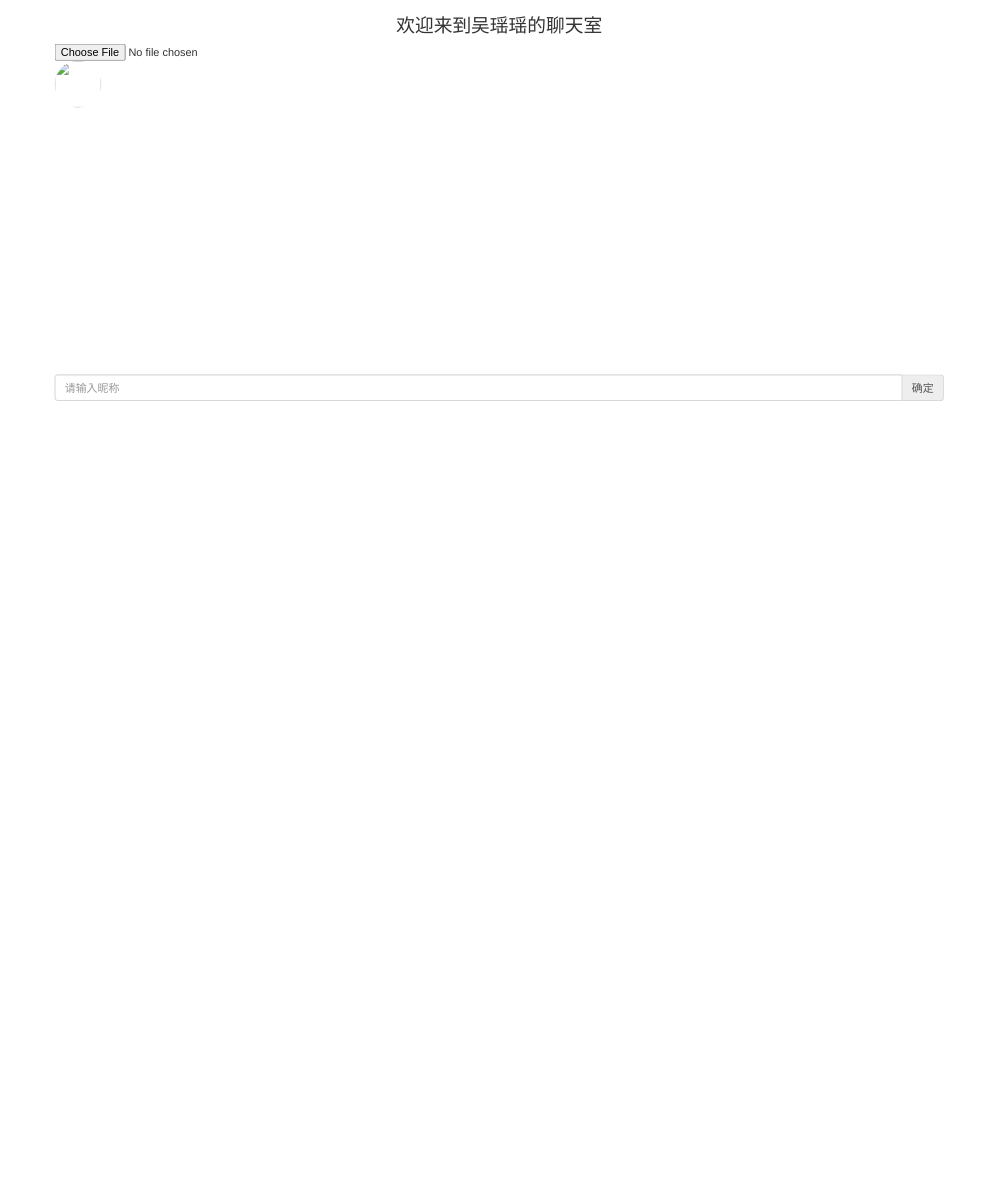
Repository: wyy511/node-socket.io
Page: client.html
These files come from the project's save history. The page is drawn as it stood at one moment and after the next save; the edit follows.
The browser window is 1280 px wide. The pictures show the whole page, at 78% of full size.
The page's requests for data from a server got no answer. Some web libraries are served in a nearby version.

Above is the page before, as saved 2019-11-21 15:36:48.
Console error (its wording comes from the project's code and is left out).

### client.html
<!DOCTYPE html>
<html lang="en">
<head>
  <meta charset="UTF-8">
  <meta name="viewport" content="width=device-width, initial-scale=1.0">
  <meta http-equiv="X-UA-Compatible" content="ie=edge">
  <title>吴瑶瑶的聊天室</title>
  <style>
    *{
      margin: 0;
      padding: 0;
    }
    .container {
      width: 100%;
      height: 100%;
      overflow: hidden;
    }
    .title {
      text-align: center;
    }
    .login-input {
      margin-top: 30%;
    }
    .avatar {
      width: 60px;
      height: 60px;
      border-radius: 50%;
    }
    #msgBox {
      display: none;
    }
    #content {
      height: -webkit-calc(100vh - 150px);
      height: -moz-calc(100vh - 150px);
      height: -ms-calc(100vh - 150px);
      height: -o-calc(100vh - 150px);
      height: calc(100vh - 100px);
    }
    .content-title {
      text-align: center;
    }
    .content-left {
      text-align: left;
    }
    .content-right {
      text-align: right;
    }
    footer {
      position: absolute;
      left: 0;
      right: 0;
      bottom: 0;
    }
  </style>
  <!-- 最新版本的 Bootstrap 核心 CSS 文件 -->
<link rel="stylesheet" href="https://cdn.jsdelivr.net/npm/bootstrap@3.3.7/dist/css/bootstrap.min.css" integrity="sha384-BVYiiSIFeK1dGmJRAkycuHAHRg32OmUcww7on3RYdg4Va+PmSTsz/K68vbdEjh4u" crossorigin="anonymous">
<!-- 最新的 Bootstrap 核心 JavaScript 文件 -->
<script src="https://cdn.jsdelivr.net/npm/bootstrap@3.3.7/dist/js/bootstrap.min.js" integrity="sha384-Tc5IQib027qvyjSMfHjOMaLkfuWVxZxUPnCJA7l2mCWNIpG9mGCD8wGNIcPD7Txa" crossorigin="anonymous"></script>
</head>
<body>
  <div class="container">
    <header>
      <h3 class="title">欢迎来到吴瑶瑶的聊天室</h3>
    </header>
    <div id="nameBox">
      <div class="login-avatar">
        <input accept="image/png,image/gif,image/jpeg" type="file" onchange='uploadImage(this)'/>
        <img src="" id="upload-avatar" class="avatar" />
      </div>
      <div class="input-group login-input">
        <input id="name" class="form-control" type="text" placeholder="请输入昵称" />
        <span id="nameBtn" class="input-group-addon">确定</span>
      </div>
      <div id="imgPreview" style='width: 500px; height: 400px;'>
      </div>
    </div>
    <div id="content"></div>
    <footer>
      <div id="msgBox">
        <div class="input-group">
          <input id="msg" class="form-control" type="text" onkeydown="enterChart(event)" placeholder="请输入内容" />
          <span id="msgBtn" class="input-group-addon" onclick="sendChart()">发送</span>
        </div>
      </div>
    </footer>
  </div>
  <script type="text/javascript" src="https://cdn.bootcss.com/socket.io/2.3.0/socket.io.js"></script>
  <script type="text/javascript">
    var socket = io.connect('ws://172.19.162.86:3000');
    var name = '';
    var userId = '';
    var avatar = '';
    const msgBtn = document.getElementById('msgBtn');
    const msgEl = document.getElementById('msg');
    const nameBtn = document.getElementById('nameBtn');
    const nameEl = document.getElementById('name');
    const msgBox = document.getElementById('msgBox');
    const nameBox = document.getElementById('nameBox');
    const content = document.getElementById('content');
    nameBtn.onclick = () => {
      const val = nameEl.value;
      if (!val) return;
      name = val;
      userId = val;
      socket.emit('changeName', {name, avatar});
      nameEl.value = '';
      nameBox.style.display = 'none';
      msgBox.style.display = 'block';
    }
    // 如果客户端监听到socket消息，那么执行这个方法里的回调，且得到广播的消息
    socket.on("changeName", data => {
      var p = document.createElement("p");
      p.className = "content-title";
      p.innerText = data.msg;
      content.appendChild(p);
    })
    // 上传图片部分
    function uploadImage(img) {
      // 生成一个文件读取的对象
      const reader = new FileReader();
      reader.onload = function (ev) {
          // base64码
          const { result } = ev.target;//或e.target都是一样的
          avatar = result;
          document.getElementById("upload-avatar").src = result;
      }
      //发起异步读取文件请求，读取结果为data:url的字符串形式，
      reader.readAsDataURL(img.files[0]);
    }
    function enterChart (e) {
      if (e.keyCode === 13) {
        sendChart();
      }
    }
    function sendChart () {
      const val = msgEl.value;
      if (!val) return;
      msgEl.value = '';
      socket.emit('chat', {
        userId,
        name,
        msg: val
      });
    }
    // 如果客户端监听到socket消息，那么执行这个方法里的回调，且得到广播的消息
    socket.on("chat", (data) => {
      var p = document.createElement("p");
      p.innerText = data.msg;
      console.log(data.userId, userId)
      if (data.userId === userId) {
        p.className = "content-right";
      } else {
        p.className = "content-left";
      }
      content.appendChild(p);
    })
  </script>
</body>
</html>

After the next save:
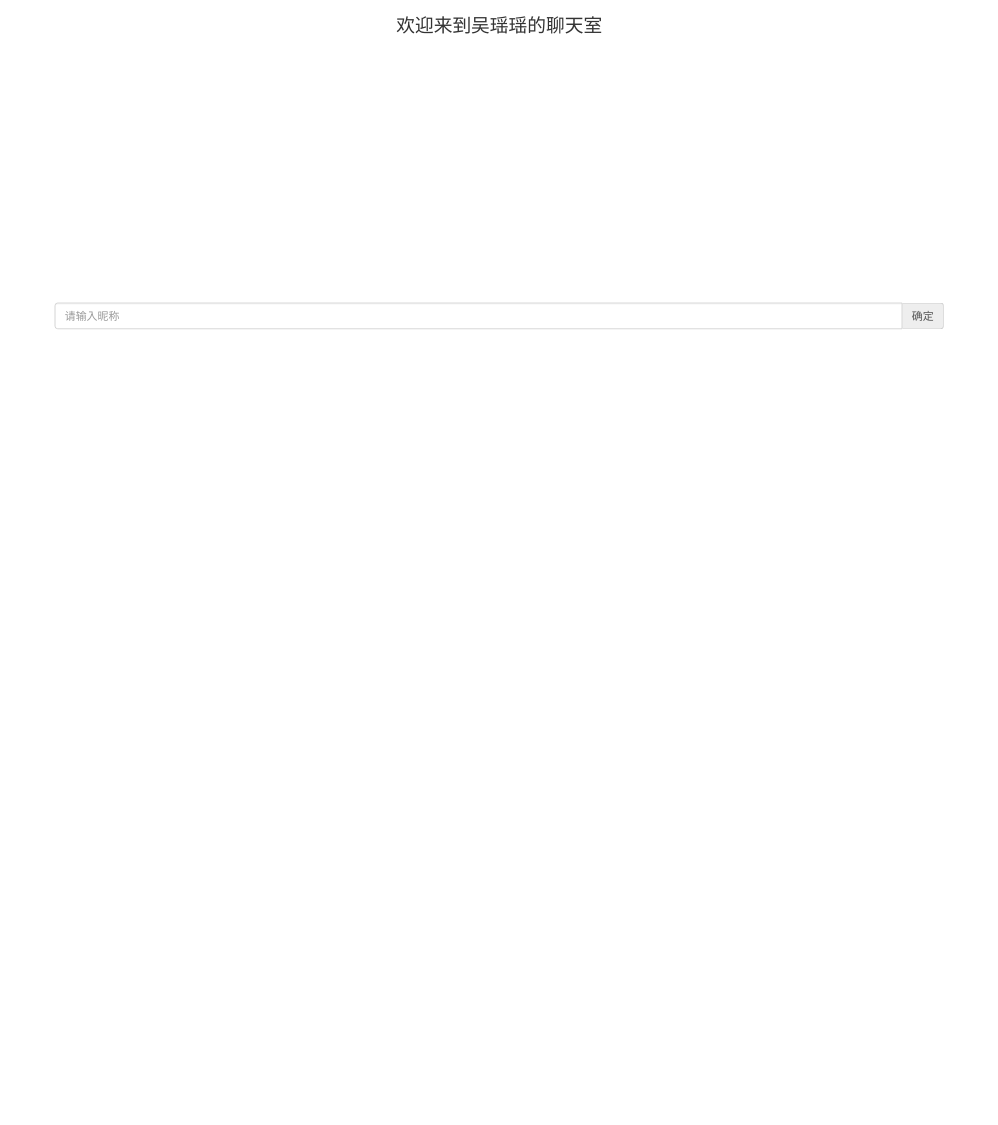
Saved 4 min 35 s later.
--- a/client.html
+++ b/client.html
@@ -27,6 +27,9 @@
       border-radius: 50%;
     }
     #msgBox {
+      display: none;
+    }
+    #userInfoBox {
       display: none;
     }
     #content {
@@ -63,15 +66,18 @@
       <h3 class="title">欢迎来到吴瑶瑶的聊天室</h3>
     </header>
     <div id="nameBox">
-      <div class="login-avatar">
-        <input accept="image/png,image/gif,image/jpeg" type="file" onchange='uploadImage(this)'/>
-        <img src="" id="upload-avatar" class="avatar" />
-      </div>
       <div class="input-group login-input">
         <input id="name" class="form-control" type="text" placeholder="请输入昵称" />
         <span id="nameBtn" class="input-group-addon">确定</span>
       </div>
       <div id="imgPreview" style='width: 500px; height: 400px;'>
+      </div>
+    </div>
+    <div id="userInfoBox">
+      <div class="login-avatar">
+        <input accept="image/png,image/gif,image/jpeg" type="file" onchange='uploadImage(this)'/>
+        <img src="" id="upload-avatar" class="avatar" />
+        <button class="" type="button" >确定</button>
       </div>
     </div>
     <div id="content"></div>
@@ -95,6 +101,7 @@
     const nameBtn = document.getElementById('nameBtn');
     const nameEl = document.getElementById('name');
     const msgBox = document.getElementById('msgBox');
+    const userInfoBox = document.getElementById('userInfoBox');
     const nameBox = document.getElementById('nameBox');
     const content = document.getElementById('content');
     nameBtn.onclick = () => {
@@ -105,7 +112,7 @@
       socket.emit('changeName', {name, avatar});
       nameEl.value = '';
       nameBox.style.display = 'none';
-      msgBox.style.display = 'block';
+      userInfoBox.style.display = 'block';
     }
     // 如果客户端监听到socket消息，那么执行这个方法里的回调，且得到广播的消息
     socket.on("changeName", data => {
